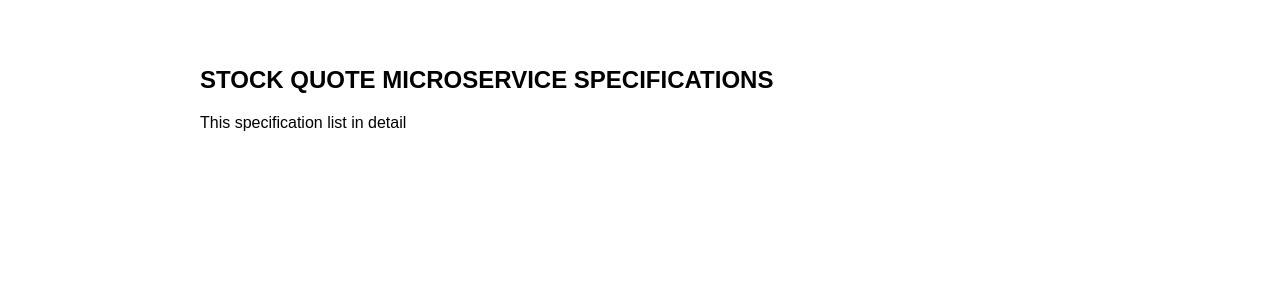
Repository: miguelamello/nest-js
Page: stock-service/specs.html
These files come from the project's save history. The page is drawn as it stood at one moment and after a run of saves; the edit follows.
The browser window is 1280 px wide. The pictures show the whole page.

Above is the page before, as saved 2023-04-02 19:42:24.

### stock-service/specs.html
<!DOCTYPE html>
<html lang="en">
<head>
  <meta charset="UTF-8">
  <meta http-equiv="X-UA-Compatible" content="IE=edge">
  <meta name="viewport" content="width=device-width, initial-scale=1.0">
  <title>STOCK QUOTE MICROSERVICE</title>
  <style>
    body {
      font-family: Arial, Helvetica, sans-serif;
      padding: 3% 15%;
    }
    h3 {
      margin-top: 5%;
    }
    pre {
      margin: 0;
      overflow: auto;
    }
  </style>
</head>
<body>
  <h2>STOCK QUOTE MICROSERVICE SPECIFICATIONS</h2>
  <p>
    This specification list in detail
  </p>

</body>
</html>

After the next 2 saves:
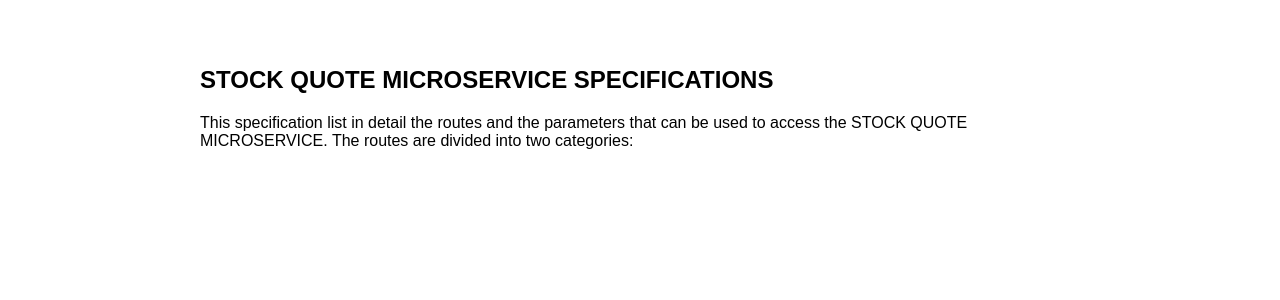
The 2 saves are shown as one change because they came seconds apart.
The last was saved 7 s later.
--- a/stock-service/specs.html
+++ b/stock-service/specs.html
@@ -22,7 +22,8 @@
 <body>
   <h2>STOCK QUOTE MICROSERVICE SPECIFICATIONS</h2>
   <p>
-    This specification list in detail
+    This specification list in detail the routes and the parameters that can be used to
+    access the STOCK QUOTE MICROSERVICE. The routes are divided into two categories:
   </p>
 
 </body>
